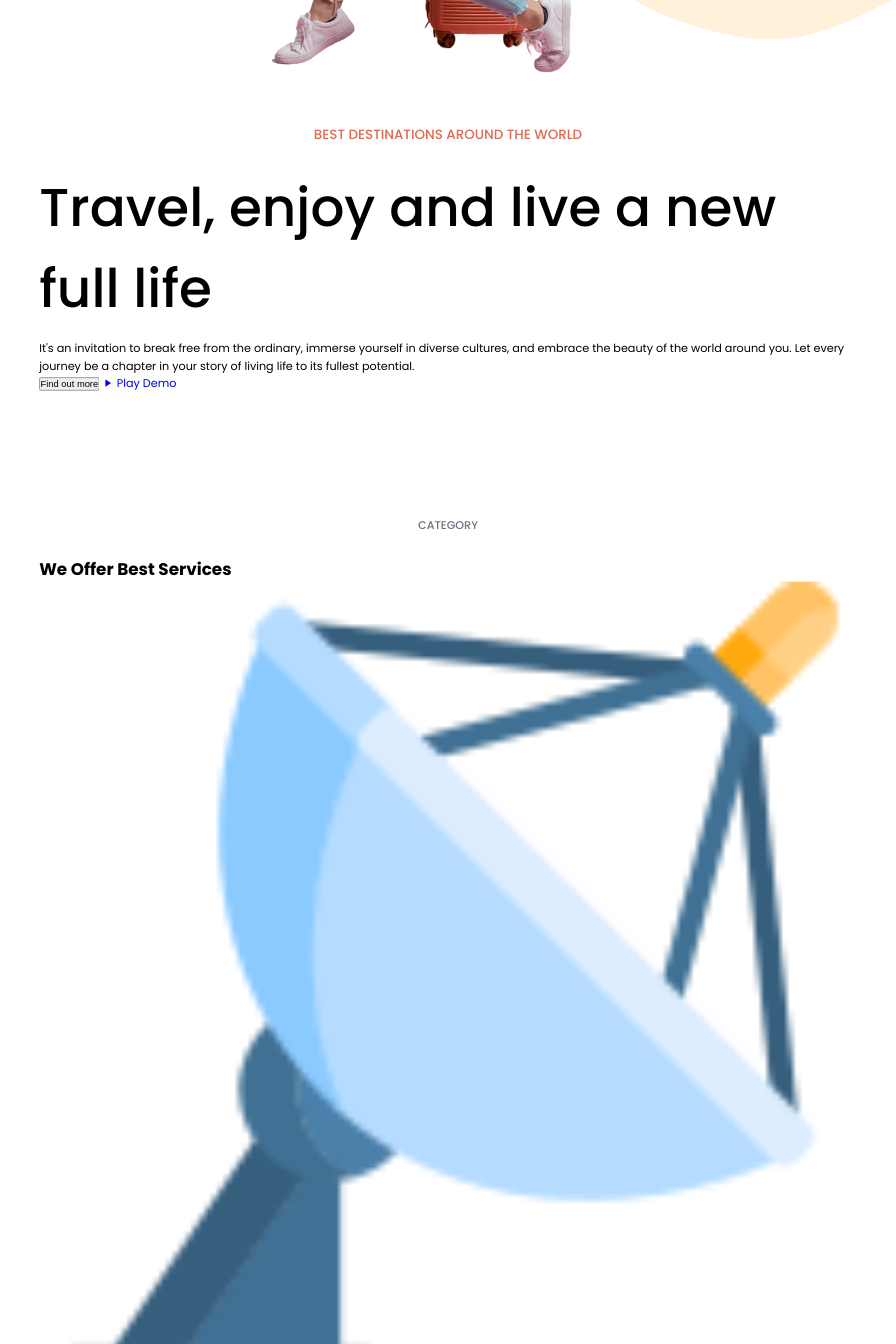
Repository: ntandomagana/travel-website
Page: index.html
The author's editor kept a copy of each file at every save. The page is drawn from the files as they stood at one save, then again after a run of saves.
The browser window is 1280 px wide. The pictures show the part of the page from y = 580 to 2500 px (the page is 11262 px tall before and 11208 px after), at 70% of full size.

Above is the page before, as saved 2024-05-07 09:33:20.

After the next 3 saves:
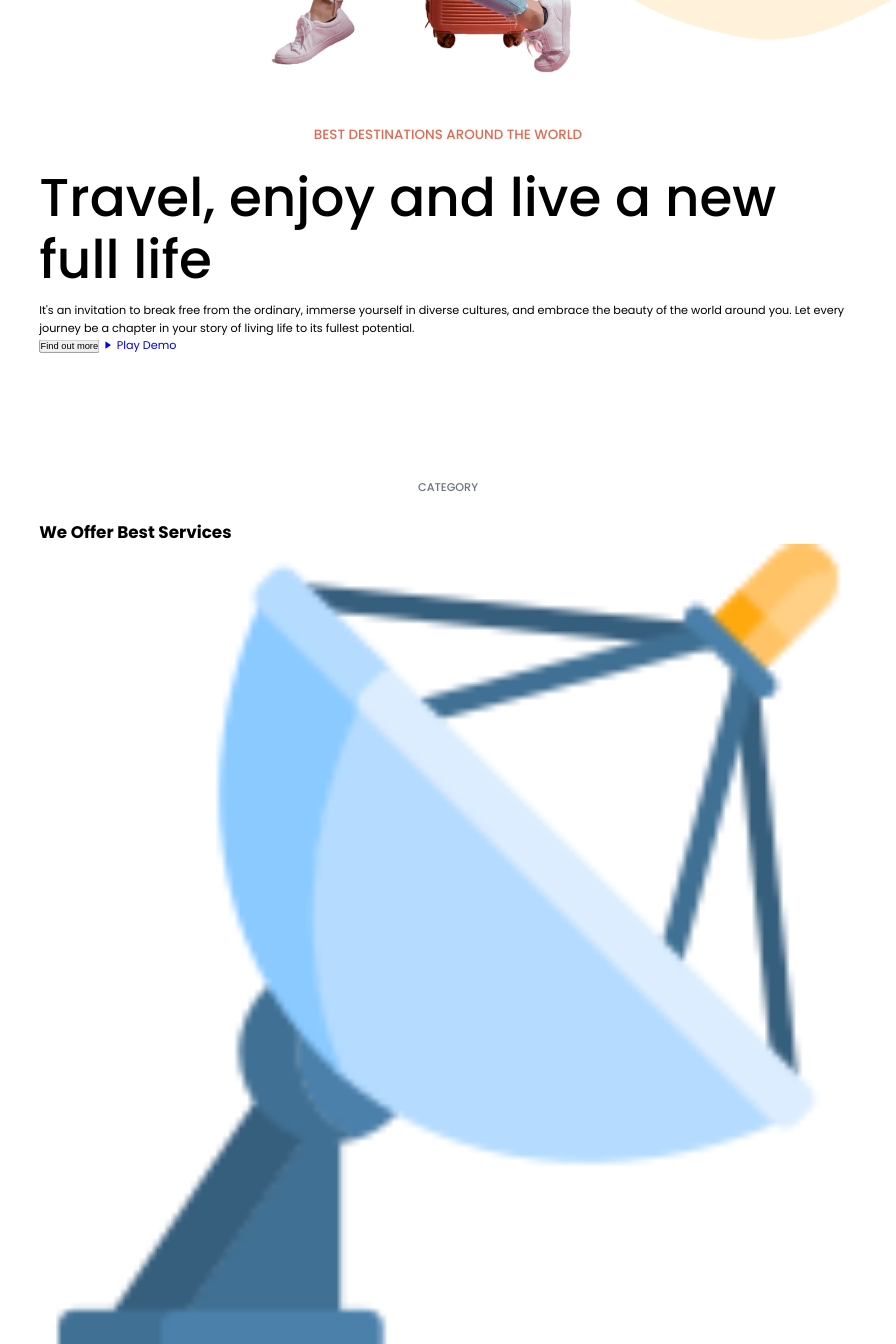
The 3 saves are shown as one change because they came seconds apart.
The last was saved 8 s later.
--- a/style.css
+++ b/style.css
@@ -147,5 +147,6 @@ ul {
     margin-bottom: 1rem;
     font-size: 4.75rem;
     font-weight: 500;
-    line-height: ;
+    line-height: 5.5rem;
+    color:
 }
